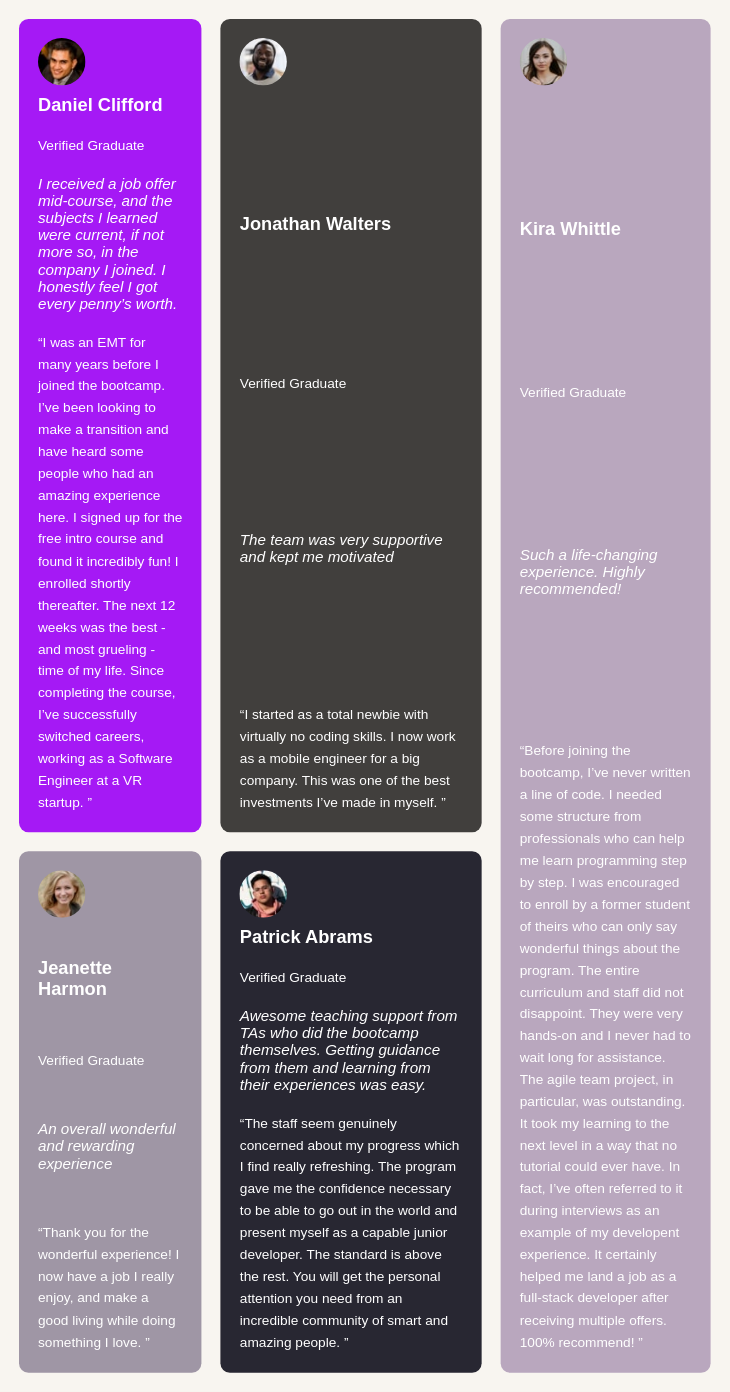
Repository: MagedElRefaey/Grid-Project
Page: Task.html
The author's editor kept a copy of each file at every save. The page is drawn from the files as they stood at one save, then again after the next save.
The browser window is 768 px wide. The pictures show the whole page, at 95% of full size.

Above is the page before, as saved 2024-09-13 23:08:24.

After the next save:
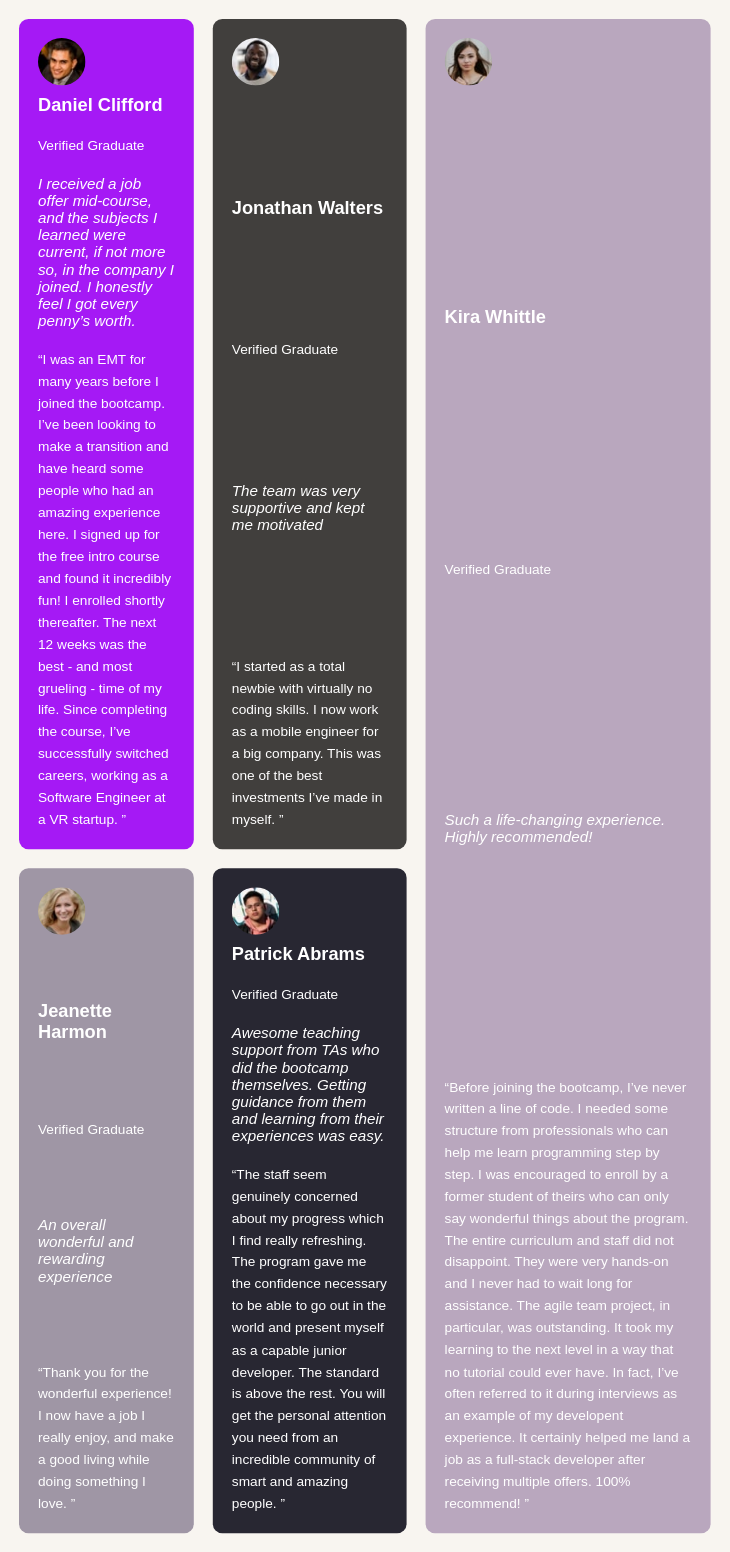
Saved 50 s later.
--- a/Style.css
+++ b/Style.css
@@ -92,3 +92,9 @@ font-style: italic;
 color: white;
 margin: 10px 0;
 }
+
+@media  (max-width:780px){
+    .Container{
+        grid-template-columns: repeat(2,1fr);
+    }
+}
